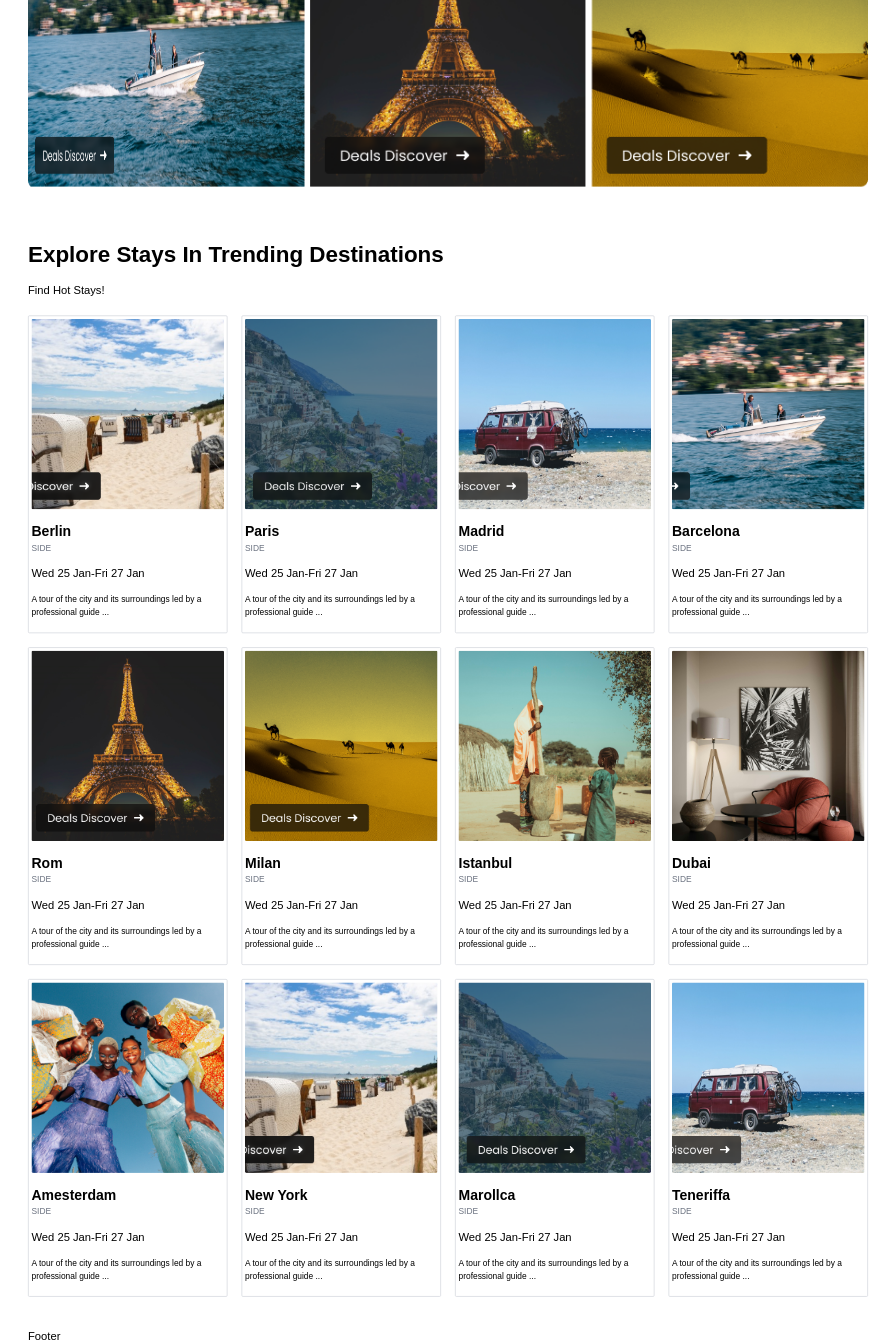
Repository: Quynhhuong150322/DIKO_STUDY_TRAVEL_WEB
Page: /
An editor plug-in stored every save of this project. The page is shown before and after the next save, followed by the edit.
The browser window is 1280 px wide. The pictures show the part of the page from y = 1242 to 3162 px (the page is 3162 px tall before and 3144 px after), at 70% of full size.
The project was rebuilt for these pictures with package versions that can differ from the ones it lists, and the page was loaded fresh each time. Also part of the build but not shown: src/components/Login.js, src/components/Register.js. Imported but missing from the stored project, and not drawn on this page: src/redux/slices/authSlice.

Above is the page before, as saved 2024-02-23 11:40:38.

### src/index.css
@tailwind base;
@tailwind components;
@tailwind utilities;

@import url("https://fonts.googleapis.com/css2?family=Poppins:wght@100;300;400;500;600&display=swap");

@layer base {
  html {
    font-family: "Poppins", sans-serif;
  }
  * {
    margin: 0;
    padding: 0;
    box-sizing: border-box;
    scroll-behavior: smooth;
    /* background-color: #F9F9F9; */
  }
}

@layer components {
  .max-container {
    max-width: 1260px;
    /* min-height: 100vh; */
    margin: 0 auto;
    padding: 0 30px;
    /* display: flex; */
    /* flex-direction: column; */
    justify-content: space-between;
  }
  .button {
    width: 189px;
    height: 40px;
    border-style: solid;
    border-width: 2px;
    border-color: #07689F;
    color: #07689F;
  }
  .tabMenu {
    width: 121px;
    height: 40px;
    color: #D9D9D9;
    border-style: solid;
    border-width: 2px;
    border-color: #D9D9D9;
    color: #D9D9D9;
    border-radius: 9999px;
  }
  .tabSearch {
    /* max-width: 1190px; */
    height: 56px;
    border-style: solid;
    border-width: 1px;
    border-color: #D9D9D9;
    padding: 0 16px;
    font-size: 12px;
  }

}

### src/App.js
import React from "react";
import Navbar from "./components/Navbar";
import Footer from "./components/Footer";
import AppRoutes from "./routes/AppRoutes";
import { BrowserRouter as Router } from "react-router-dom";

const App = () => {
  return (
    <Router>
      <div className="">
        <div className="max-container">
          <Navbar />
        </div>
        <div>
          <AppRoutes />
        </div>
        <div className="max-container">
          <Footer />
        </div>
      </div>
    </Router>
  );
};

export default App;

### src/redux/store.js
import { configureStore } from "@reduxjs/toolkit";
import authReducer from "./slices/authSlice";

export const store = configureStore({
  reducer: {
    users: authReducer,
  },
});

### src/components/Navbar.js
import React from 'react'
import Logo from '../assets/images/Header/Logo.png'
import EL from '../assets/images/Header/England.png'
import { FaRegQuestionCircle } from "react-icons/fa";
import { LuSearch } from "react-icons/lu";

const MenuData = [
    {
        id: 1,
        name: 'Trip',
    },
    {
        id: 2,
        name: '%Deals',
    },
    {
        id: 3,
        name: 'Hotel',
    },
    {
        id: 4,
        name: 'Flight',
    },
    {
        id: 5,
        name: 'Apartment',
    },
    {
        id: 6,
        name: 'Camper',
    },
]

const Navbar = () => {
    return (
        <div className='bg-neutral py-[24px]'>
            <div className="flex flex-col gap-10">
                {/* Header Section  */}
                <div className='flex gap-2 items-center'>
                    <img src={Logo} alt="" />
                    <div className='flex gap-7 items-center'>
                        <div className="flex gap-1 items-center">
                            <FaRegQuestionCircle className='text-primary' />
                            <img src={EL} alt="" className='w-7 h-7' />
                            {/* Search  */}
                            <div className="relative flex items-center">
                                <input
                                    type="text"
                                    placeholder="search"
                                    className="w-[605px] h-[32px] rounded-sm border border-gray-300 px-2 py-1 focus:outline-none focus:border-1 focus:border-primary"
                                />
                                <LuSearch className="text-gray-500 group-hover:text-primary absolute top-1/2 -translate-y-1/2 right-3 cursor-pointer" />
                            </div>
                        </div>
                        <div className='flex gap-2 items-center'>
                            <button className='button border-primary bg-neutral hover:scale-105 py-2 px-4 rounded-sm'>
                                Sing In
                            </button>
                            <button className='button border-primary bg-neutral hover:scale-105 py-2 px-4 rounded-sm'>
                                Register
                            </button>
                        </div>
                    </div>
                    <div>
                    </div>
                </div>
                {/* Upper Nav  */}
                <div className=''>
                    <div className=' '>
                        <ul className='flex justify-center gap-4'>
                            {
                                MenuData.map((data) => (
                                    <button key={data.id} className='text-pri tabMenu focus:bg-primary focus:text-white focus:font-bold focus:border-primary inline-block hover:text-primary' >
                                        {data.name}
                                    </button>
                                ))
                            }
                        </ul>
                    </div>
                </div>
            </div>
        </div>
    )
}

export default Navbar

### src/routes/AppRoutes.js
import React from "react";
import { Switch, Route } from "react-router-dom";
import Login from "../components/Login";
import Register from "../components/Register";
import Langding from "../pages/LangdingPage/Langding";
const AppRoutes = () => {
  return (
    <div>
      <Switch>
        <Route path="/login">
          <Login />
        </Route>
        <Route path="/register">
          <Register />
        </Route>
        <Route path="/" exact>
          <Langding />
        </Route>
        <Route path="*">
          <div className="">404 not Error...</div>
        </Route>
      </Switch>
    </div>
  );
};

export default AppRoutes;

### src/pages/LangdingPage/Langding.js
import React from 'react'
import Picture from '../../assets/images/LangdingPage/Picture.png'
import { LuHotel } from "react-icons/lu";
import { IoCalendarOutline } from "react-icons/io5";
import { SlArrowDown } from "react-icons/sl";
import { FiUserPlus } from "react-icons/fi";
import Img1 from "../../assets/images/LangdingPage/SpecialOffers/Photo 1.png";
import Img2 from "../../assets/images/LangdingPage/SpecialOffers/Photo 2.png"
import Img3 from "../../assets/images/LangdingPage/SpecialOffers/Photo 3.png"
import Img4 from "../../assets/images/LangdingPage/SpecialOffers/Photo 4.png"
import Img5 from "../../assets/images/LangdingPage/SpecialOffers/Photo 5.png"
import Img6 from "../../assets/images/LangdingPage/SpecialOffers/Photo 6.png"
import Img7 from "../../assets/images/LangdingPage/ExploreStays/Image1.jpg"
import Img8 from "../../assets/images/LangdingPage/ExploreStays/Image2.jpg"
import Img9 from "../../assets/images/LangdingPage/ExploreStays/Image3.jpg"
// import Img10 from "../../assets/images/LangdingPage/SpecialOffers/Photo 6.png"
// import Img11 from "../../assets/images/LangdingPage/SpecialOffers/Photo 6.png"



const BannerImg = {
  backgroundImage: `url(${Picture})`,
  backgroundPosition: "center",
  backgroundRepeat: "no-repeat",
  backgroundSize: "cover",
  height: "394px",
  width: "100%",
};
const ListMenu = [
  {
    id: 1,
    name: "All",
  },
  {
    id: 2,
    name: "Hotels",
  },
  {
    id: 3,
    name: "Flights",
  },
  {
    id: 4,
    name: "Multi",
  }
]

const ListImage = [
  {
    id: 1,
    img: Img1,
  },
  {
    id: 2,
    img: Img2,
  },
  {
    id: 3,
    img: Img3,
  },
  {
    id: 4,
    img: Img4,
  },
  {
    id: 5,
    img: Img5,
  },
  {
    id: 6,
    img: Img6,
  },
]
const ListCard = [
  {
    id: 1,
    img: Img1,
    location: "Berlin",
    side: "SIDE",
    time: "Wed 25 Jan-Fri 27 Jan",
    title: "A tour of the city and its surroundings led by a professional guide ..."
  },
  {
    id: 2,
    img: Img2,
    location: "Paris",
    side: "SIDE",
    time: "Wed 25 Jan-Fri 27 Jan",
    title: "A tour of the city and its surroundings led by a professional guide ..."

  },
  {
    id: 3,
    img: Img3,
    location: "Madrid",
    side: "SIDE",
    time: "Wed 25 Jan-Fri 27 Jan",
    title: "A tour of the city and its surroundings led by a professional guide ..."

  },
  {
    id: 4,
    img: Img4,
    location: "Barcelona",
    side: "SIDE",
    time: "Wed 25 Jan-Fri 27 Jan",
    title: "A tour of the city and its surroundings led by a professional guide ..."

  },
  {
    id: 5,
    img: Img5,
    location: "Rom",
    side: "SIDE",
    time: "Wed 25 Jan-Fri 27 Jan",
    title: "A tour of the city and its surroundings led by a professional guide ..."

  },
  {
    id: 6,
    img: Img6,
    location: "Milan",
    side: "SIDE",
    time: "Wed 25 Jan-Fri 27 Jan",
    title: "A tour of the city and its surroundings led by a professional guide ..."

  },
  {
    id: 7,
    img: Img7,
    location: "Istanbul",
    side: "SIDE",
    time: "Wed 25 Jan-Fri 27 Jan",
    title: "A tour of the city and its surroundings led by a professional guide ..."

  },
  {
    id: 8,
    img: Img8,
    location: "Dubai",
    side: "SIDE",
    time: "Wed 25 Jan-Fri 27 Jan",
    title: "A tour of the city and its surroundings led by a professional guide ..."

  },
  {
    id: 9,
    img: Img9,
    location: "Amesterdam",
    side: "SIDE",
    time: "Wed 25 Jan-Fri 27 Jan",
    title: "A tour of the city and its surroundings led by a professional guide ..."

  },
  {
    id: 10,
    img: Img1,
    location: "New York",
    side: "SIDE",
    time: "Wed 25 Jan-Fri 27 Jan",
    title: "A tour of the city and its surroundings led by a professional guide ..."

  },
  {
    id: 11,
    img: Img2,
    location: "Marollca",
    side: "SIDE",
    time: "Wed 25 Jan-Fri 27 Jan",
    title: "A tour of the city and its surroundings led by a professional guide ..."

  },
  {
    id: 12,
    img: Img3,
    location: "Teneriffa",
    side: "SIDE",
    time: "Wed 25 Jan-Fri 27 Jan",
    title: "A tour of the city and its surroundings led by a professional guide ..."

  },
]

const Langding = () => {
  return (
    <div >
      {/* Discover Trip  */}
      <div className=' background ' style={BannerImg}>
        <div className=' '>
          <h1 className='text-3xl w-1/3 font-bold text-white bg-opacity-0'>
            Discover Your Trip Worldwide !
          </h1>
          <div class="flex flex-row  bg-white">
            <div class="basis-1/4 tabSearch flex gap-9 items-center">
              <LuHotel className='text-primary' size={24} />
              <p className=''>
                Where Are you Going to?
              </p>
            </div>
            <div class="basis-1/4 tabSearch flex gap-6 items-center">
              <IoCalendarOutline size={24} className='text-primary' />
              <p className=''>
                Check In Date
              </p>
              <p className=''>
                Check Out Date
              </p>
            </div>
            <div class="basis-1/3 tabSearch flex gap-8 items-center">
              <FiUserPlus size={24} className='text-primary' />
              <p className=''>
                Adults 2
              </p>
              <p className=''>
                Children 3
              </p>
              <p className=''>
                Room
              </p>
              <SlArrowDown size={24} className='text-primary' />
            </div>
            <div class="basis-1/6  tabSearch bg-primary flex justify-center items-center">
              <p className='font-bold text-white'>Search</p>
            </div>
          </div>
        </div>
      </div>
      {/* Special Offers */}
      <div className='max-container py-6'>
        {/* checkbox  */}
        <div className='flex flex-col gap-6 py-6'>
          <h2 className='text-2xl font-bold'>Special Offers</h2>
          <div className='flex '>
            <div className='flex justify-center items-center gap-2'>
              {
                ListMenu.map((data) => (
                  <><input
                    type="checkbox"
                    className="w-[24px] h-[24px] border border-gray-300 px-2 py-1 focus:outline-none focus:border-1 focus:border-primary" />
                    <label for="checkbox" className='text-base'>{data.name}</label>
                  </>
                ))
              }
            </div>
          </div>
        </div>
        {/* image  */}
        <div>
          <div className='grid grid-cols-3 gap-2'>
            {
              ListImage.map((data) => (
                <img src={data.img} alt="" className='w-full h-full' />
              ))
            }
          </div>
        </div>
      </div>

      {/* Explore Stays In Trending Destinations  */}
      <div className='max-container py-6'>
        <div className='flex flex-col gap-4 py-6'>
          <h2 className='text-2xl font-bold'>Explore Stays In Trending Destinations</h2>
          <p>Find Hot Stays!</p>
        </div>
        {/* ImageCard */}
        <div className='grid grid-cols-4 place-items-center gap-5 '>
          {
            ListCard.map((data) => (
              <div className='flex flex-col gap-4 border rounded-sm border-gray-300 p-1'>
                <img src={data.img} alt="" className=' h-[272px] w-full object-cover rounded-sm' />
                <div className='flex flex-col gap-4 pb-4'>
                  <div className=''>
                    <p className='text-xl font-semibold'>{data.location}</p>
                    <p className='text-sm text-gray-500'>{data.side}</p>
                  </div>
                  <p className='text-'>{data.time}</p>
                  <p className='text-sm'>{data.title}</p>
                </div>
              </div>
            ))
          }
          <div className=''>
          </div>
        </div>
      </div>
    </div>
  )
}

export default Langding

### tailwind.config.js
/** @type {import('tailwindcss').Config} */
module.exports = {
  content: ["./src/**/*.{js,jsx,ts,tsx}"],
  theme: {
    extend: {
      colors: {
        primary: "#07689F",
        secondary: "#D9D9D9",
        neutral: "#F9F9F9",
        pri: "#A6A6A6",
      },
      fontSize: {
        sm: '12px',
        base: '16px',
        'l': '10px',
        xl: '20px',
        '2xl': '32px',
        '3xl': '40px',
        '4xl': '44px',
        // '5xl': '3.052rem',
      },
    },
  },
  plugins: [],
};

Loaded but not shown: public/index.html (common file); src/index.js (common file); src/reportWebVitals.js (common file); src/components/Footer.js (common file)

After the next save:
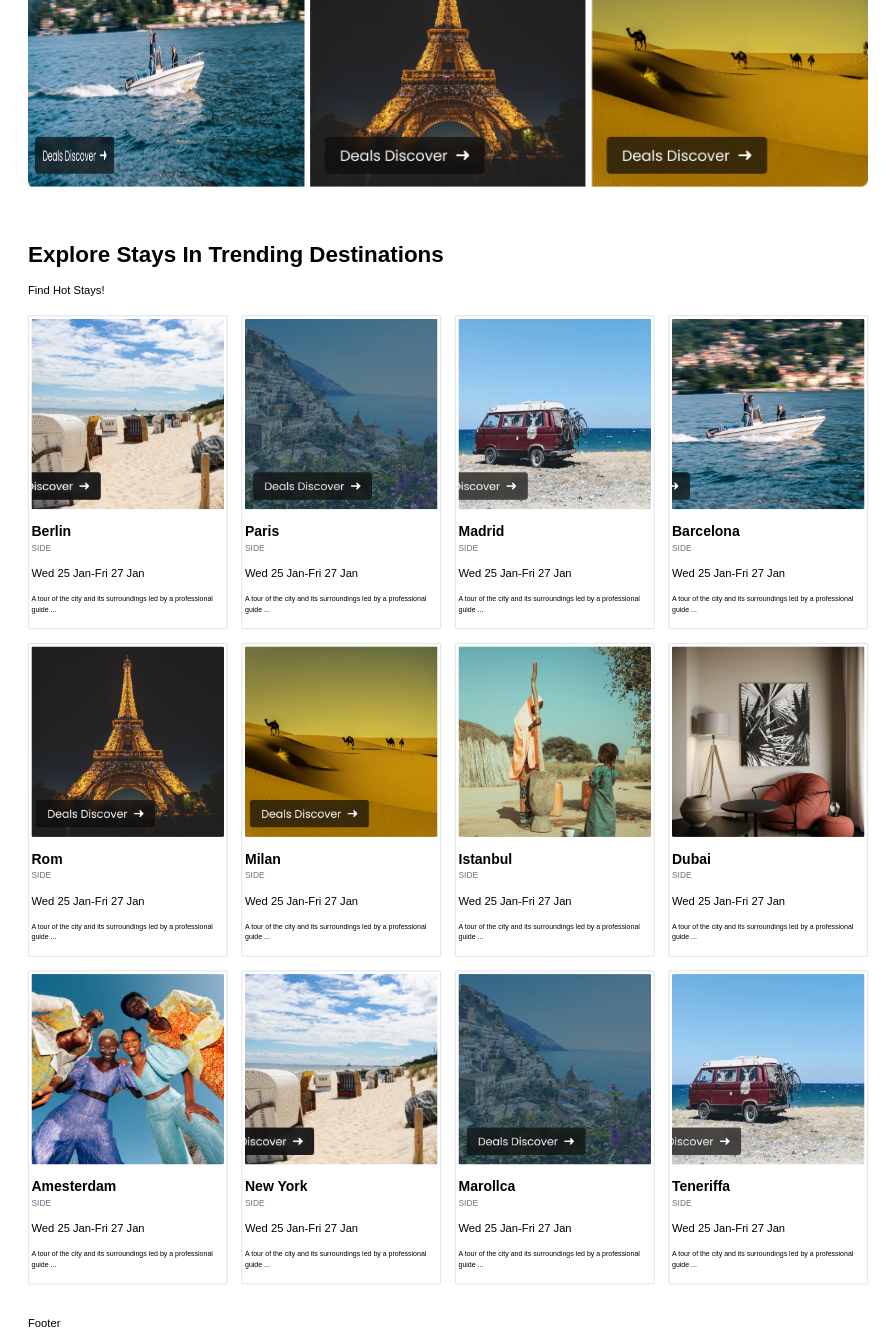
Saved 12 s later.
--- a/src/pages/LangdingPage/Langding.js
+++ b/src/pages/LangdingPage/Langding.js
@@ -274,7 +274,7 @@ const Langding = () => {
                     <p className='text-sm text-gray-500'>{data.side}</p>
                   </div>
                   <p className='text-'>{data.time}</p>
-                  <p className='text-sm'>{data.title}</p>
+                  <p className='text-l'>{data.title}</p>
                 </div>
               </div>
             ))
